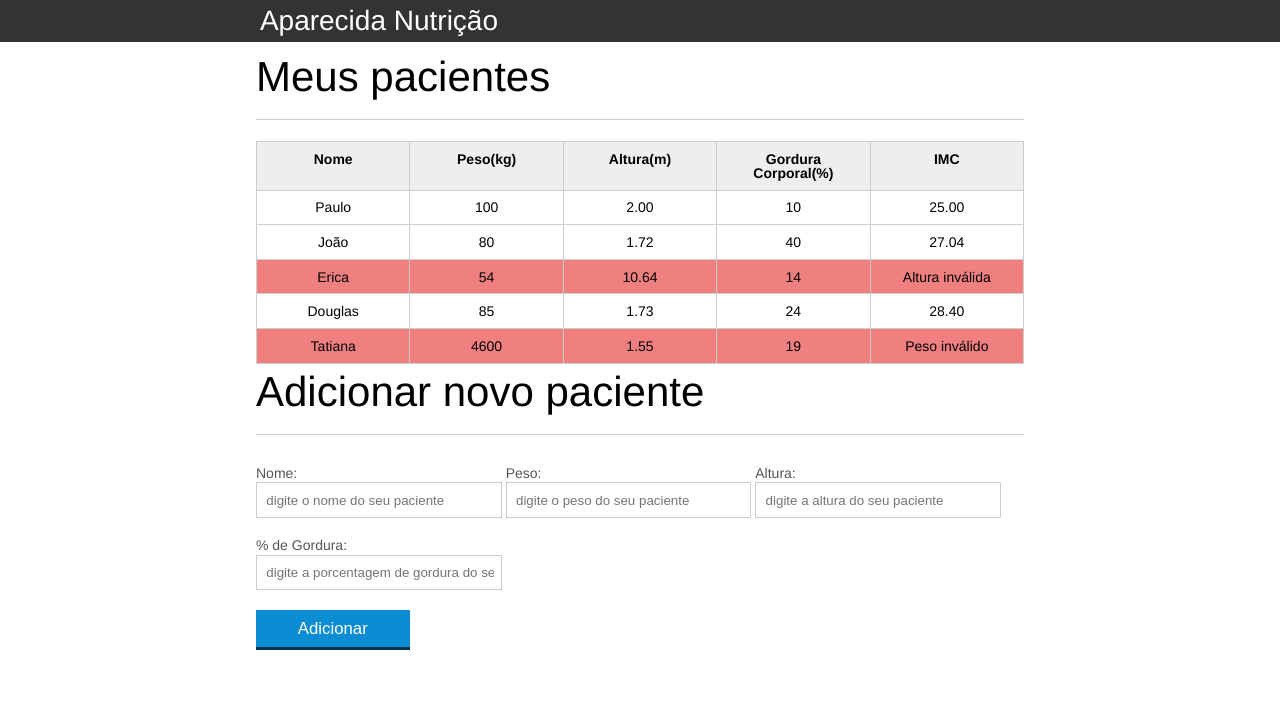
Repository: prof-fernando-alves/introducao-javascript
Page: index.html
These files come from the project's save history. The page is drawn as it stood at one moment and after the next save; the edit follows.
The browser window is 1280 px wide. The pictures show the whole page.

Above is the page before, as saved 2021-10-26 12:55:18.

After the next save:
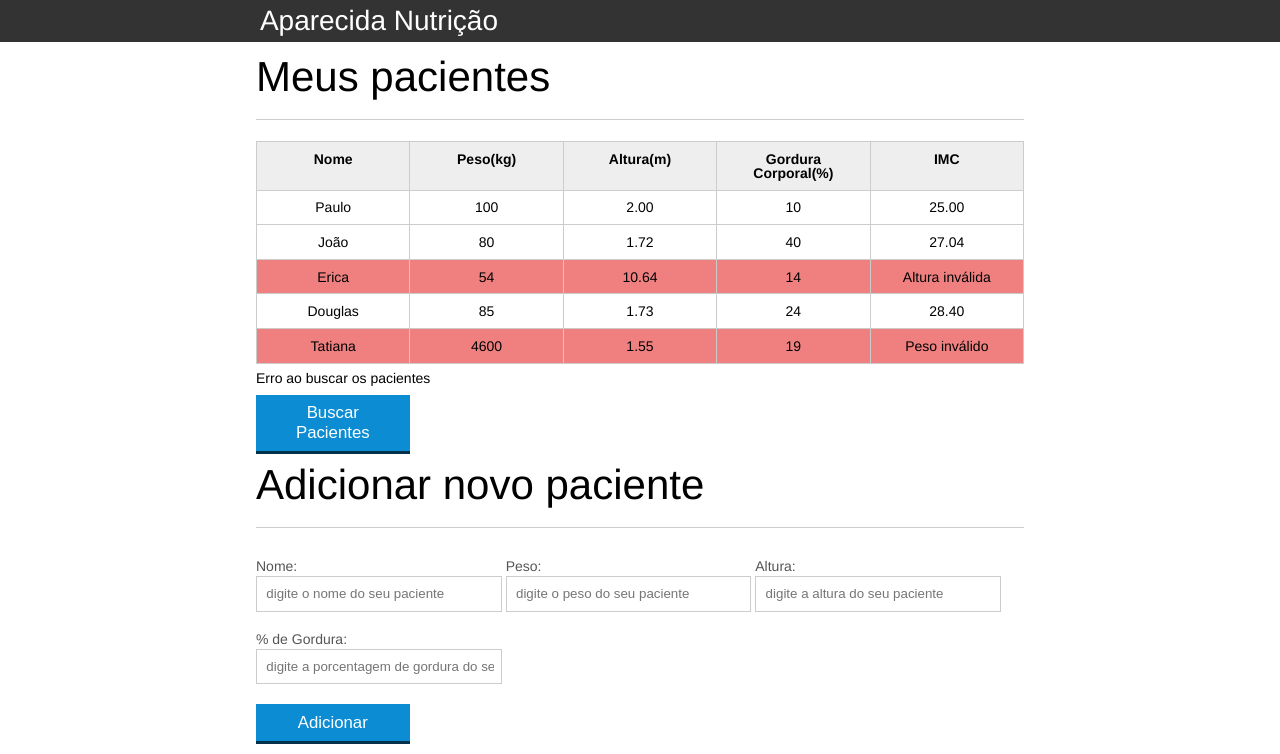
Saved 23 s later.
--- a/index.html
+++ b/index.html
@@ -69,7 +69,9 @@
 						</tr>
 					</tbody>
 				</table>
+				<span id="erro-ajax" class="invisivel">Erro ao buscar os pacientes</span>
 
+				<button id="buscar-pacientes" class="botao bto-principal">Buscar Pacientes</button>
 			</section>
 		</main>
 		<!-- ... -->

After the save that followed:
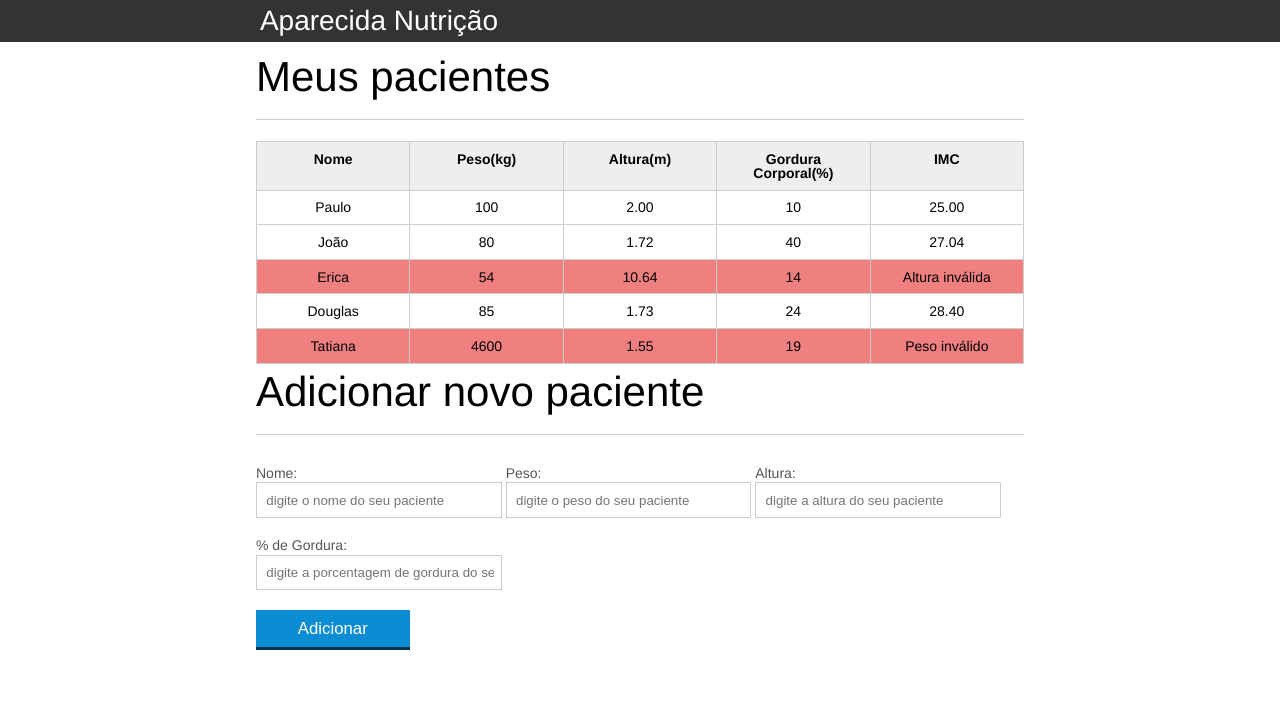
Saved 10 min 25 s later.
--- a/index.html
+++ b/index.html
@@ -69,9 +69,7 @@
 						</tr>
 					</tbody>
 				</table>
-				<span id="erro-ajax" class="invisivel">Erro ao buscar os pacientes</span>
 
-				<button id="buscar-pacientes" class="botao bto-principal">Buscar Pacientes</button>
 			</section>
 		</main>
 		<!-- ... -->
